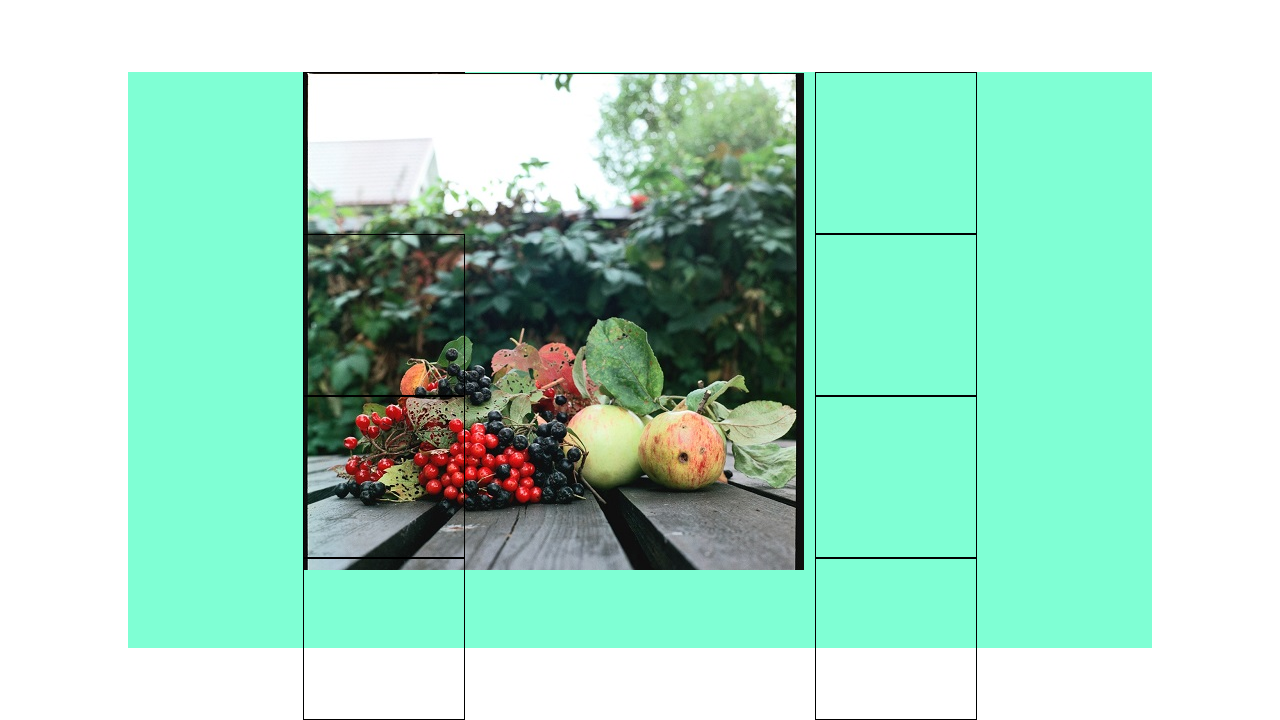
Repository: lidkaa/devTasks
Page: 0. Zadania Testowe/zadania/FlexboxCentered.html
An editor plug-in stored every save of this project. The page is shown before and after the next save, followed by the edit.
The browser window is 1280 px wide. The pictures show the whole page.

Above is the page before, as saved 2022-01-31 13:48:20.

After the next save:
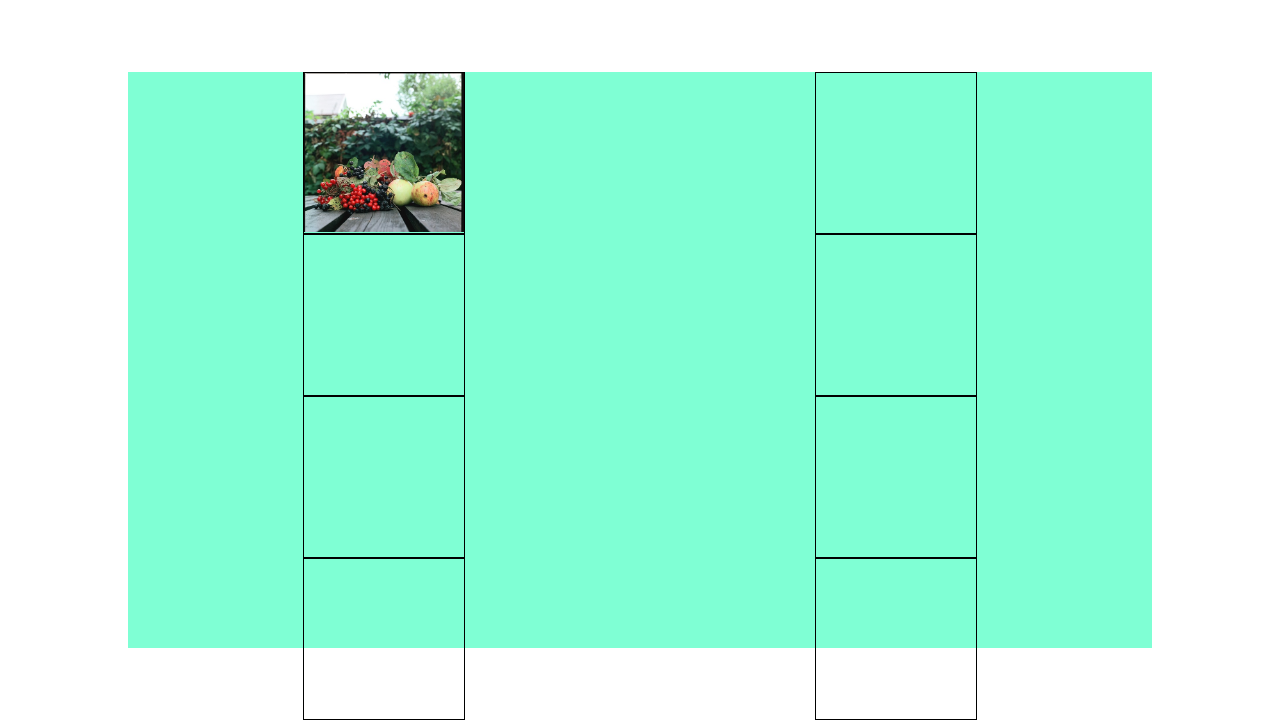
Saved 72 s later.
--- a/0. Zadania Testowe/zadania/flexboxcentered.css
+++ b/0. Zadania Testowe/zadania/flexboxcentered.css
@@ -30,3 +30,8 @@
     border: 1px solid black;
     margin: 0 90px;
 }
+
+img {
+    max-width: 100%;
+    height: auto;
+  }
